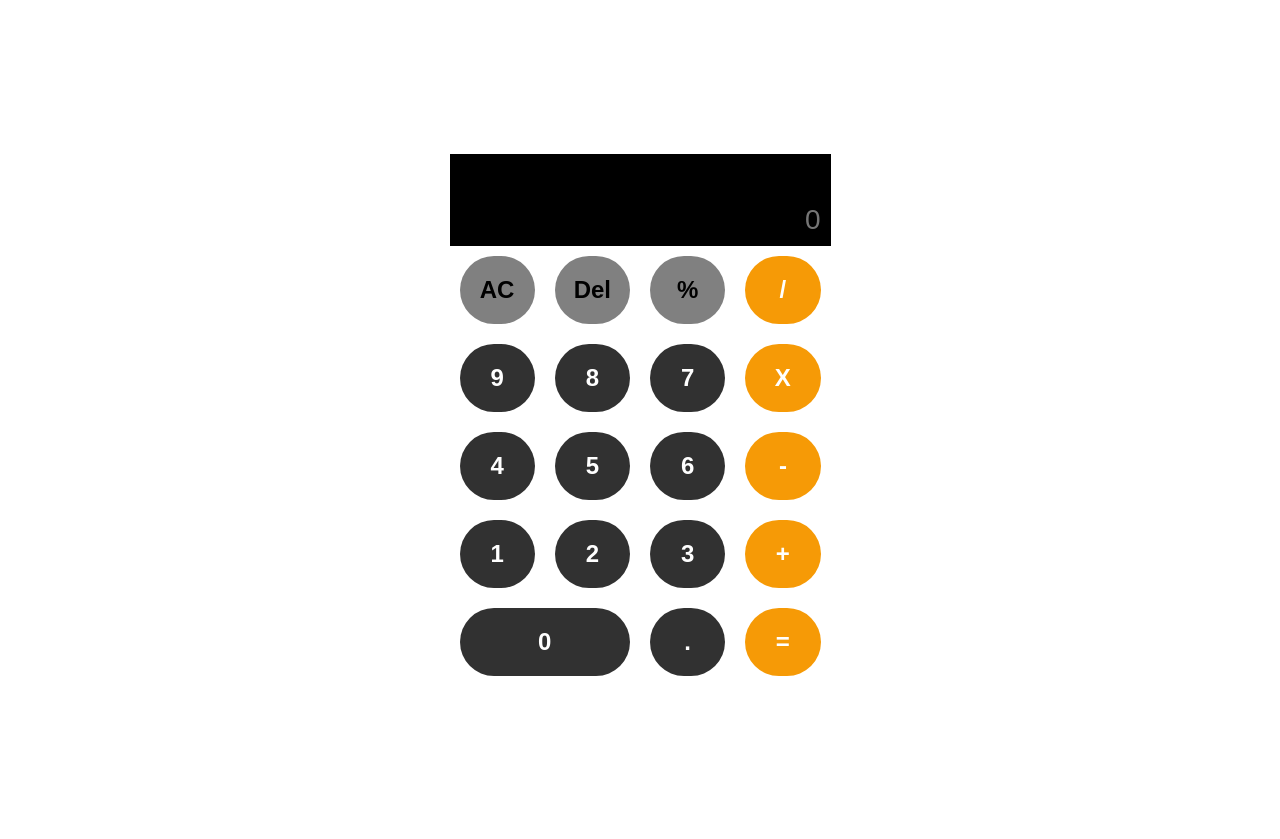
Repository: ble-syn/reactCalculator
Page: /
An editor plug-in stored every save of this project. The page is shown before and after the next save, followed by the edit.
The browser window is 1280 px wide. The pictures show the whole page.
The project was rebuilt for these pictures with package versions that can differ from the ones it lists, and the page was loaded fresh each time.

Above is the page before, as saved 2022-10-06 22:07:44.

### src/index.css
*{
  margin: 0;
  box-sizing: border-box;
}

body{
  display: flex;
  justify-content: center;
  align-items: center;
  flex-direction: column;
  background-color: #202124
  color: #fff;
  margin: 12% auto;
}
.container {
  max-width: 1200px;
  padding: 10px;
  background: #202124;
box-shadow:  -20px 20px 60px #101112,
             20px -20px 60px #303236;
}
#calculator-display {
  border: none;
  width: 100%;
  text-align: right;
  font-size: 28px;
  padding: 50px 10px 10px;
  color: #fff;
  background-color: #000;
}

.calculator-keys{
  display: grid;
  grid-template-columns: repeat(4, 1fr);
  grid-gap: 20px;
  margin: 10px;
}
button {
  padding: 20px 15px;
  display: grid;
  place-items: center;
  outline: none;
  border-radius: 50px;
  font-weight: 700;
  border: none;
  color: #fff;
  background-color: #313131;
  font-size: 24px;
  cursor: pointer;
}
button:focus {
  background-color: #D1D1D1;
}
.zero {
  grid-column: 1/3;
}
.gray {
  background-color: gray;
  color: #000;
}
.yellow {
  background-color: #F69A06;
}
.yellow:focus{
  background-color: #ffffff;
  color: #F69A06;
}

### src/App.js
import {useState} from "react";

function App() {
  const [numDisplay, setNumDisplay] = useState("")
  const operators = ["+", "-", "*", "/"]

const numClick = (event) => {
      event.preventDefault()
      let value = event.target.value
      setNumDisplay(numDisplay + value)
}


const deleteNum = () => {
  setNumDisplay(numDisplay.slice(0, -1))
}
const reset = () => {
  setNumDisplay("")
}
const percent = () => {
  setNumDisplay(numDisplay / 100)
}
const equals = () => {
  setNumDisplay(eval(numDisplay))
}

  return (
    <main id="container">
      <div class="calculator">
          <div><input id="calculator-display" type="text" placeholder="0" value={numDisplay} /></div>

          <div class="calculator-keys">
              <button onClick={reset} value=" " class="gray">AC</button>
              <button onClick={deleteNum} value="" class="gray">Del</button>
              <button onClick={percent} value="%" class="gray">%</button>
              <button onClick={numClick} value="/" class="yellow">/</button>
              <button onClick={numClick} value="9">9</button>
              <button onClick={numClick} value="8">8</button>
              <button onClick={numClick} value="7" >7</button>
              <button onClick={numClick} value="*" class="yellow">X</button>
              <button onClick={numClick} value="4">4</button>
              <button onClick={numClick} value="5">5</button>
              <button onClick={numClick} value="6">6</button>
              <button onClick={numClick} value="-" class= "yellow">-</button>
              <button onClick={numClick} value="1">1</button>
              <button onClick={numClick} value="2">2</button>
              <button onClick={numClick} value="3">3</button>
              <button onClick={numClick} value="+" class="yellow">+</button>
              <button onClick={numClick} value="0" class="zero" >0</button>
              <button onClick={numClick} value="." data-action="decimal">.</button>
              <button onClick={equals} value="=" class="yellow">=</button>
          </div>
      </div>
    </main>
  )
}

export default App;

Loaded but not shown: public/index.html (common file); src/index.js (common file); src/reportWebVitals.js (common file)

After the next save:
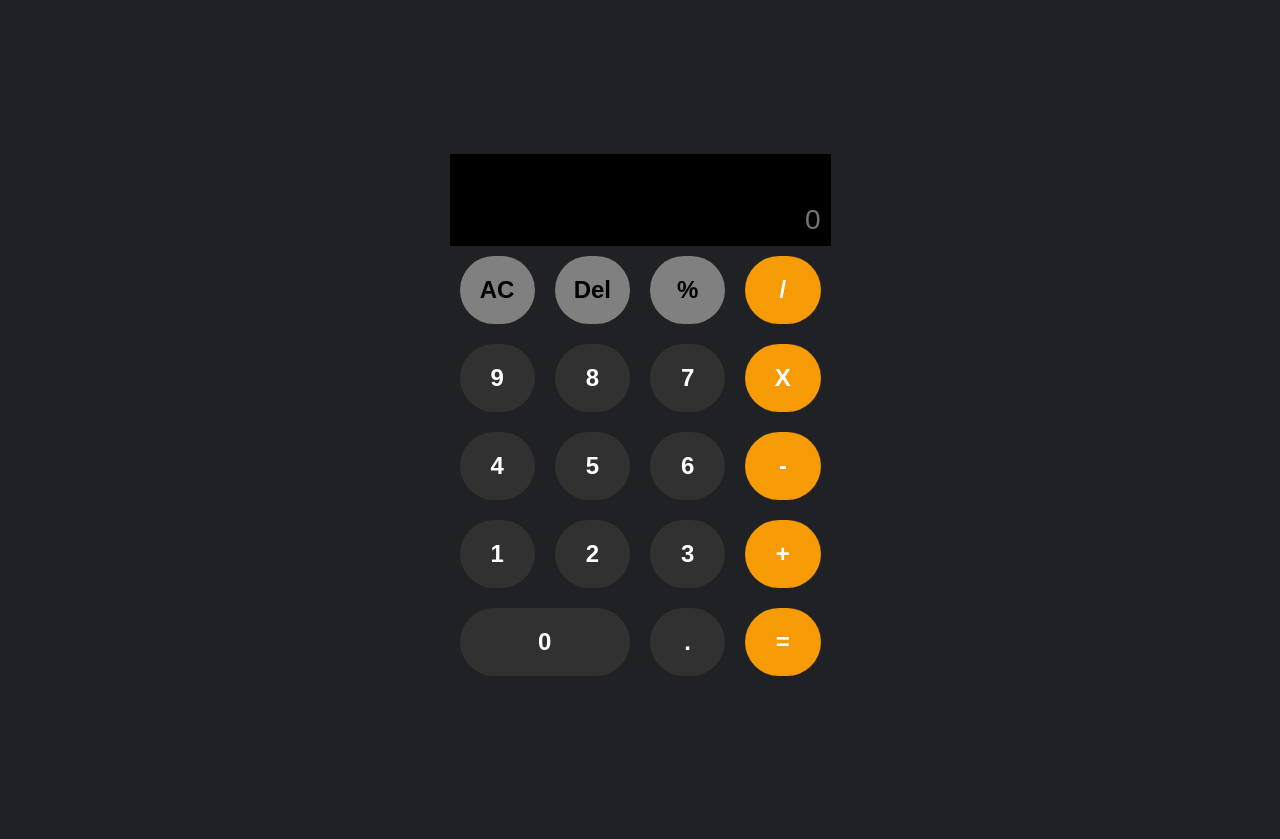
Saved 9 s later.
--- a/src/index.css
+++ b/src/index.css
@@ -8,7 +8,7 @@ body{
   justify-content: center;
   align-items: center;
   flex-direction: column;
-  background-color: #202124
+  background-color: #202124;
   color: #fff;
   margin: 12% auto;
 }
